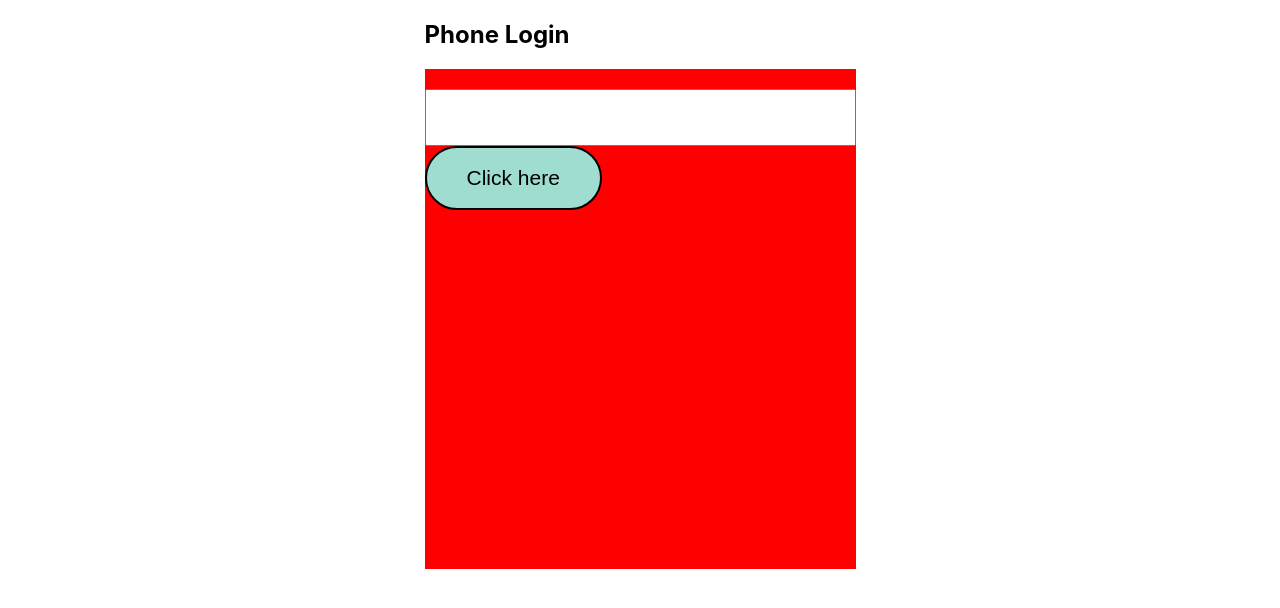
Repository: Rubin78/login-verification
Page: /
An editor plug-in stored every save of this project. The page is shown before and after the next save, followed by the edit.
The browser window is 1280 px wide. The pictures show the whole page.
The project was rebuilt for these pictures with package versions that can differ from the ones it lists, and the page was loaded fresh each time.

Above is the page before, as saved 2021-02-16 01:52:36.

After the next save:
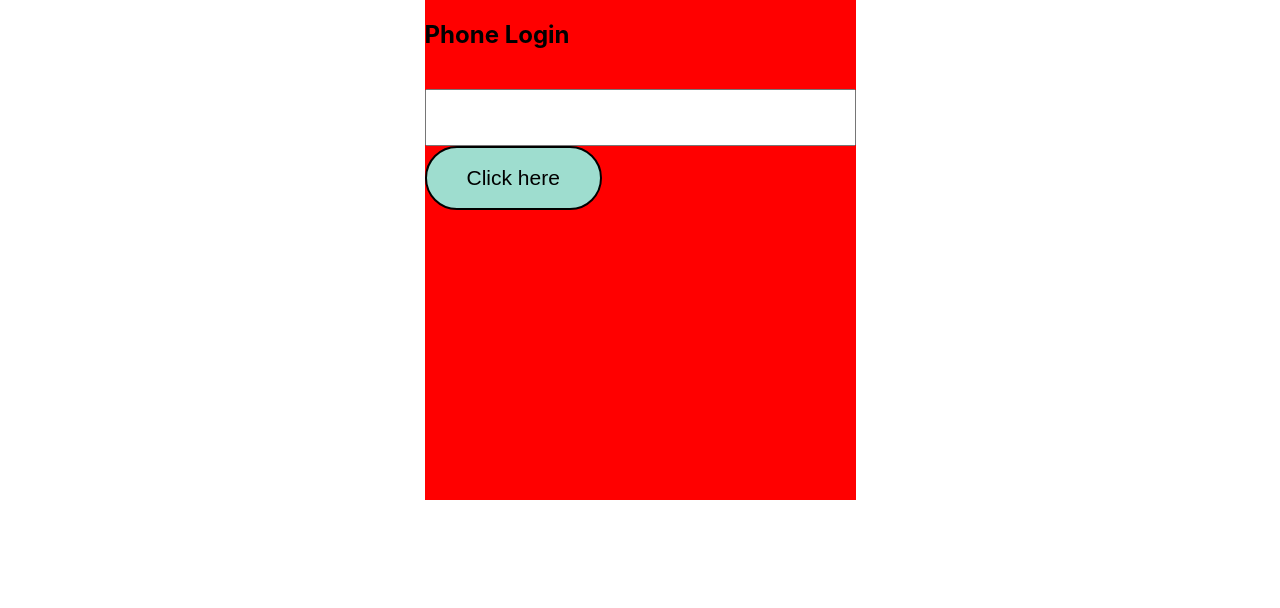
Saved 86 s later.
--- a/src/App.js
+++ b/src/App.js
@@ -72,32 +72,28 @@ export default class App extends Component {
   render() {
     const { phoneNumber } = this.state;
     return (
+      <div className="container">
+        <div className="row justify-content-center align-item-center form-text">
+          <div className="col-sm-6 text-left">
+            <h2>Phone Login</h2>
+          </div>
+          <form onSubmit={this.handleClick}>
+            <div id="recaptcha"></div>
+            <br />
 
-       <div className="container">
-
-<div className="row justify-content-center align-item-center">
-
-<div className="col-sm-6 text-left">
-  <h2>Phone Login</h2>
-  </div>
-        <form className="form-text" onSubmit={this.handleClick}>
-          <div id="recaptcha"></div>
-          <br />
-
-
-          <input
-            type="tel"
-            pattern="[789][0-9]{9}"
-            value={phoneNumber}
-            onChange={(e) => {
-              this.setState({
-                phoneNumber: e.target.value,
-              });
-            }}
-          />
-          <br />
-          <input type="submit" value="Click here" />
-        </form>
+            <input
+              type="tel"
+              pattern="[789][0-9]{9}"
+              value={phoneNumber}
+              onChange={(e) => {
+                this.setState({
+                  phoneNumber: e.target.value,
+                });
+              }}
+            />
+            <br />
+            <input type="submit" value="Click here" />
+          </form>
         </div>
         {/* <div className="container">
 
